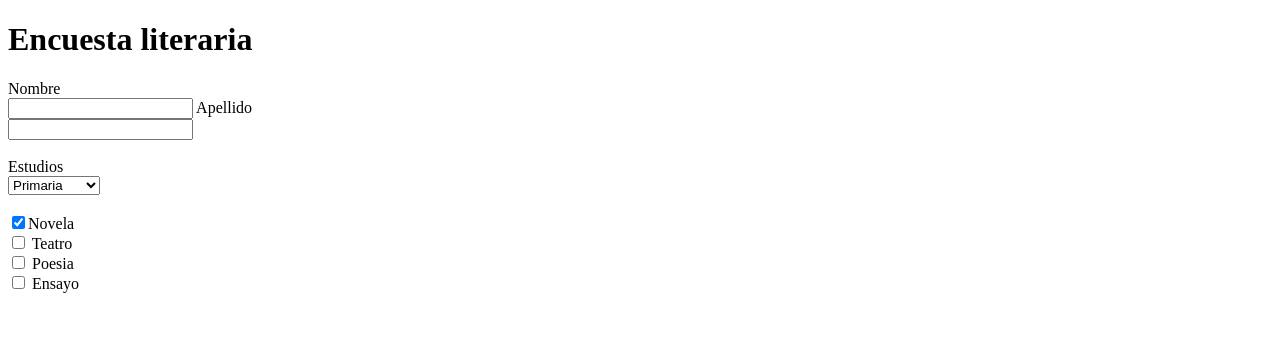
Repository: Scastellc/javaee
Page: Encuentra/WebContent/index.html
An editor plug-in stored every save of this project. The page is shown before and after the next save, followed by the edit.
The browser window is 1280 px wide. The pictures show the whole page.

Above is the page before, as saved 2017-02-16 17:50:53.

### Encuentra/WebContent/index.html
<!DOCTYPE html>
<html>
<head>
<meta charset="UTF-8">
<title>Encuesta</title>
</head>
<body>
<h1>Encuesta literaria</h1>
<form action="/Encuesta/mostrar">

	Nombre<br>
	<input type = "text" name ="nombre">

	Apellido<br>
	<input type = "text" name ="apellido"><br><br>

	Estudios<br>

	<select name="estudios">
		<option>Primaria</option>
		<option>Secundaria</option>
		<option>Bachillerato</option>
	</select> <br><br>

	<input type = "checkbox" name="preferencias" value="Novela" checked>Novela <br>
	<input type = "checkbox" name="preferencias" value="Teatro"> Teatro <br>
	<input type = "checkbox" name="preferencias" value="Poesia"> Poesia <br>
	<input type = "checkbox" name="preferencias" value="Ensayo"> Ensayo <br>


</form>
</body>
</html>

After the next save:
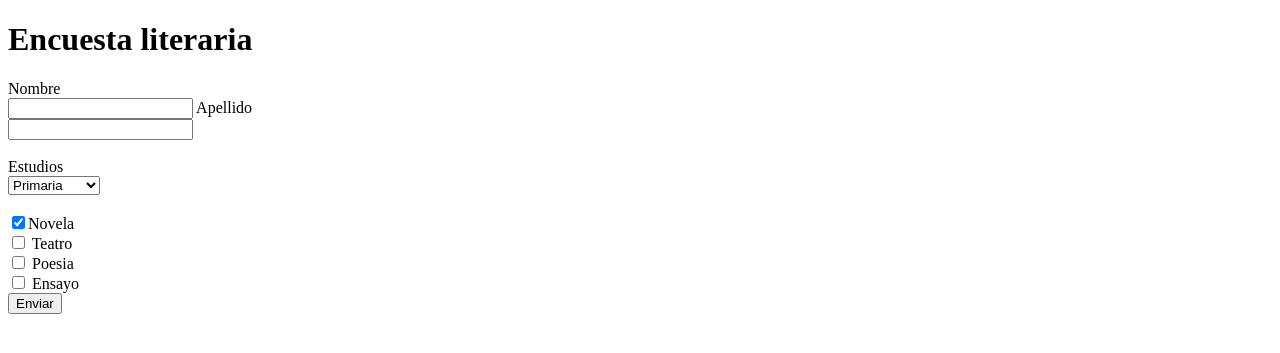
Saved 71 s later.
--- a/Encuentra/WebContent/index.html
+++ b/Encuentra/WebContent/index.html
@@ -6,6 +6,7 @@
 </head>
 <body>
 <h1>Encuesta literaria</h1>
+
 <form action="/Encuesta/mostrar">
 
 	Nombre<br>
@@ -27,6 +28,7 @@
 	<input type = "checkbox" name="preferencias" value="Poesia"> Poesia <br>
 	<input type = "checkbox" name="preferencias" value="Ensayo"> Ensayo <br>
 
+	<input type="submit" value="Enviar">
 
 </form>
 </body>
